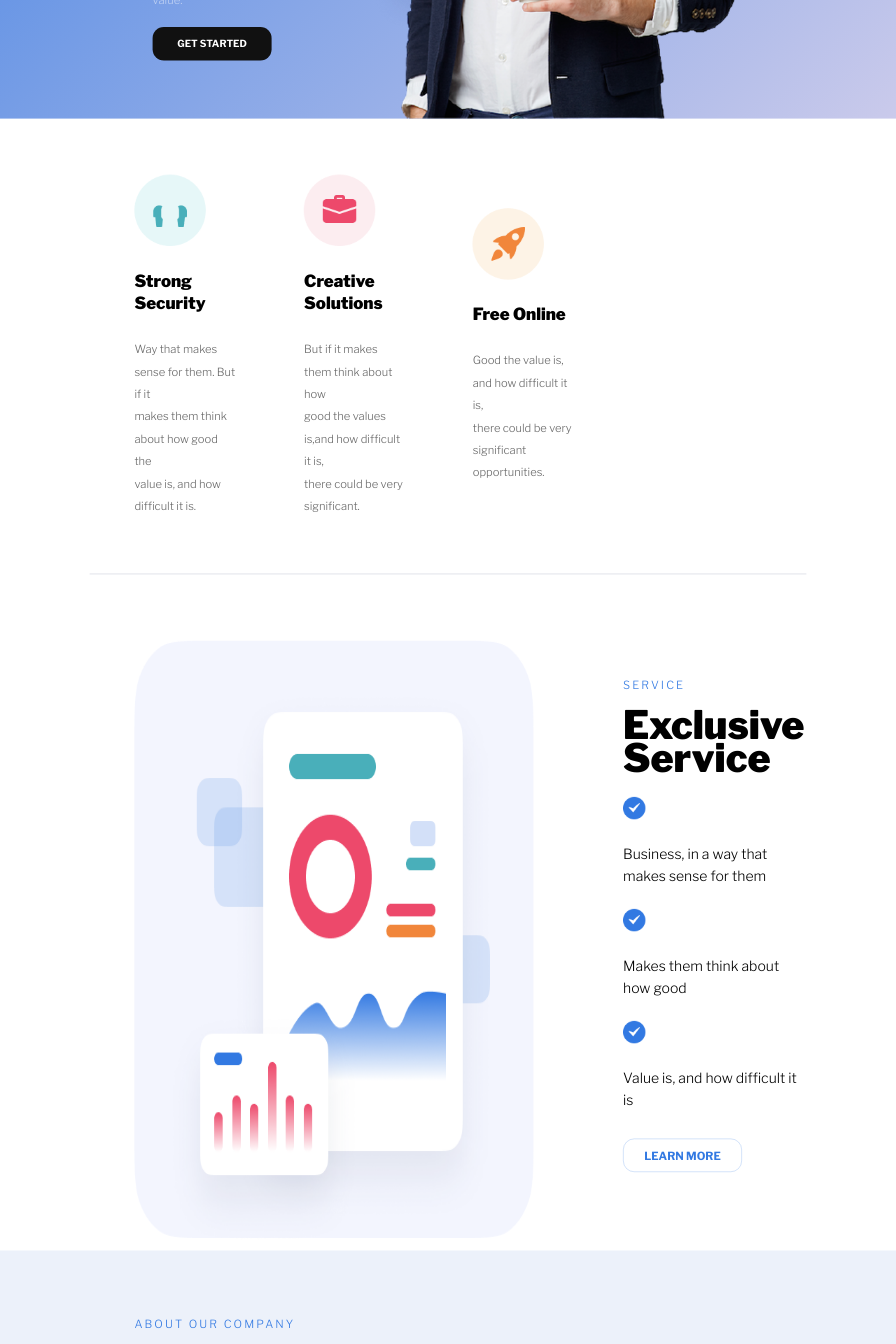
Repository: juniorAntunes910/Make-Money-Design-Avaliacao
Page: index.html
These files come from the project's save history. The page is drawn as it stood at one moment and after the next save; the edit follows.
The browser window is 1280 px wide. The pictures show the part of the page from y = 858 to 2778 px (the page is 8328 px tall before and 8392 px after), at 70% of full size.

Above is the page before, as saved 2026-03-13 12:29:40.

After the next save:
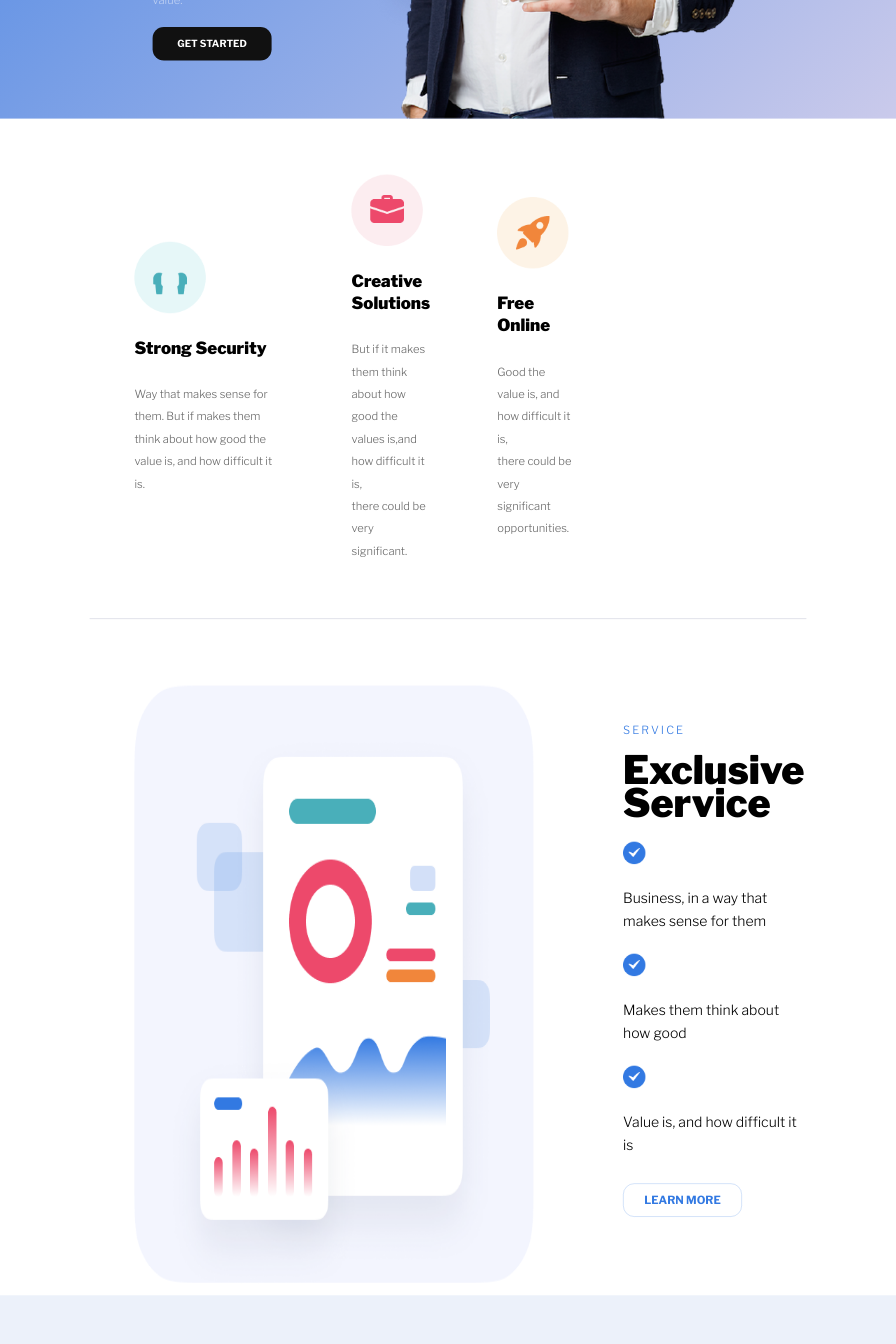
Saved 26 s later.
--- a/index.html
+++ b/index.html
@@ -92,8 +92,7 @@
                 </h3>
 
                 <p class="main-content-card-box-content-description">
-                    Way that makes sense for them. But if it <span class="quebra-desktop"></span> <span
-                        class="quebra-mobile"></span>
+                    Way that makes sense for them. But if
                     makes them think about how good the <span class="quebra-desktop"></span><span
                         class="quebra-mobile"></span>
                     value is, and how difficult it is. <span class="quebra-mobile"></span>
